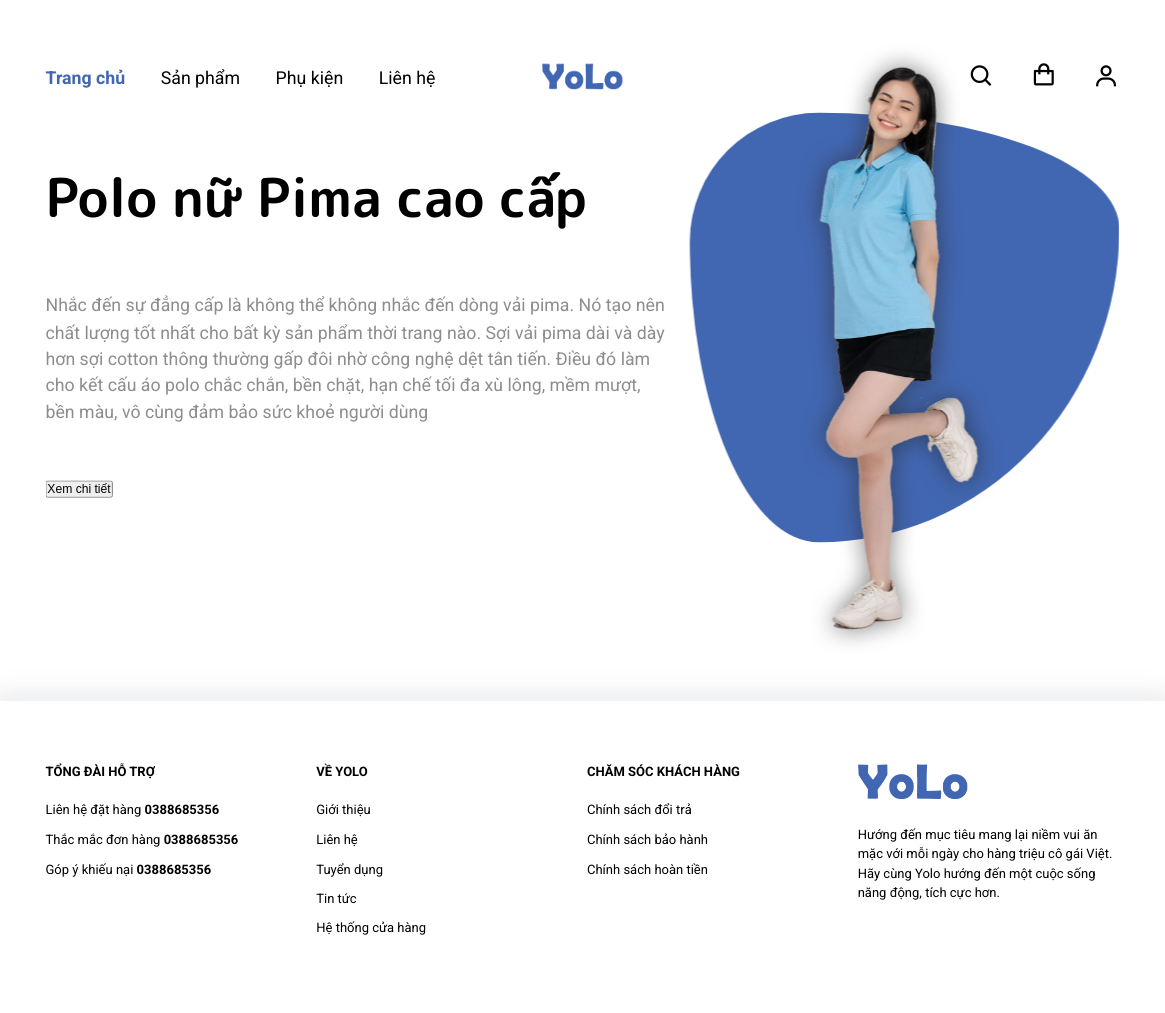
Repository: NguyenThanhBinh1210/Binh-React
Page: / (app in yoloshop/)
These files come from the project's save history. The page is drawn as it stood at one moment and after the next save; the edit follows.
The browser window is 1280 px wide. The pictures show the whole page, at 91% of full size.
The project was rebuilt for these pictures with package versions that can differ from the ones it lists, and the page was loaded fresh each time. A package was used in the major version that the imports need, not the one package.json lists. Also part of the build but not shown: yoloshop/src/pages/Product.jsx, yoloshop/src/pages/Catalog.jsx, yoloshop/src/pages/Cart.jsx, yoloshop/src/pages/Accessory.jsx, yoloshop/src/pages/Contact.jsx.

Above is the page before, as saved 2021-11-25 12:21:47.

### yoloshop/src/index.js
import React from 'react'
import ReactDOM from 'react-dom'
import Layout from './components/Layout'
import reportWebVitals from './reportWebVitals'
import './assets/boxicons-2.0.7/css/boxicons.min.css'
import './sass/index.scss'

ReactDOM.render(
	<React.StrictMode>
		<Layout />
	</React.StrictMode>,
	document.getElementById('root')
)

// If you want to start measuring performance in your app, pass a function
// to log results (for example: reportWebVitals(console.log))
// or send to an analytics endpoint. Learn more: https://bit.ly/CRA-vitals
reportWebVitals()

### yoloshop/src/components/Layout.jsx
import React from 'react'
import { BrowserRouter, Route } from 'react-router-dom'
import Header from './Header'
import Footer from './Footer'
import Routess from '../routes/Routess'

export default function Layout() {
	return (
		<BrowserRouter>
			<Route
				render={props => (
					<div>
						<Header {...props} />
						<div className="container">
							<div className="main">
								<Routess />
							</div>
						</div>
						<Footer />
					</div>
				)}
			/>
		</BrowserRouter>
	)
}

### yoloshop/src/sass/index.scss
@import './variables';
@import './mixins';
@import './base.scss';

@import './components/header';
@import './components/footer';
@import './components/hero-slider';

### yoloshop/src/components/Header.jsx
import React, { useEffect, useRef } from 'react'
import logo from '../assets/images/Logo-2.png'
import { Link, useLocation } from 'react-router-dom'

const mainNav = [
	{
		display: 'Trang chủ',
		path: '/'
	},
	{
		display: 'Sản phẩm',
		path: '/catalog'
	},
	{
		display: 'Phụ kiện',
		path: '/accessories'
	},
	{
		display: 'Liên hệ',
		path: '/contact'
	}
]
export default function Header() {
	const { pathname } = useLocation()
	const activeNav = mainNav.findIndex(e => e.path === pathname)
	const headerRef = React.useRef(null)

	useEffect(() => {
		window.addEventListener('scroll', () => {
			if (
				document.body.scrollTop > 80 ||
				document.documentElement.scrollTop > 80
			) {
				headerRef.current.classList.add('shrink')
			} else {
				headerRef.current.classList.remove('shrink')
			}
		})
		return () => {
			window.removeEventListener('scroll')
		}
	}, [])

	const menuLeft = useRef(null)

	const menuToggle = () => menuLeft.current.classList.toggle('active')

	return (
		<div className="header" ref={headerRef}>
			<div className="container">
				<div className="header__logo">
					<Link to="/">
						<img src={logo} alt="logo" />
					</Link>
				</div>
				<div className="header__menu">
					<div className="header__menu__mobile-toggle" onClick={menuToggle}>
						<i class="bx bx-menu-alt-left"></i>
					</div>
					<div className="header__menu__left" ref={menuLeft}>
						<div className="header__menu__left__close" onClick={menuToggle}>
							<i class="bx bx-chevron-left"></i>
						</div>
						{mainNav.map((item, index) => (
							<div
								key={index}
								className={`header__menu__item  header__menu__left__item ${
									index === activeNav ? 'active' : ''
								}`}
								onClick={menuToggle}
							>
								<Link to={item.path}>
									<span>{item.display}</span>
								</Link>
							</div>
						))}
					</div>
					<div className="header__menu__right">
						<div className="header__menu__item header__menu__right__item">
							<i class="bx bx-search"></i>
						</div>
						<div className="header__menu__item header__menu__right__item">
							<Link to="/cart">
								<i class="bx bx-shopping-bag"></i>
							</Link>
						</div>
						<div className="header__menu__item header__menu__right__item">
							<i class="bx bx-user"></i>
						</div>
					</div>
				</div>
			</div>
		</div>
	)
}

### yoloshop/src/components/Footer.jsx
import React from 'react'
import { Link } from 'react-router-dom'
import Grid from './Grid'
import logo from '../assets/images/Logo-2.png'

const footerAboutLinks = [
	{
		display: 'Giới thiệu',
		path: '/about'
	},
	{
		display: 'Liên hệ',
		path: '/contact'
	},
	{
		display: 'Tuyển dụng',
		path: '/about'
	},
	{
		display: 'Tin tức',
		path: '/about'
	},
	{
		display: 'Hệ thống cửa hàng',
		path: '/about'
	}
]

const footerCustomLinks = [
	{
		display: 'Chính sách đổi trả',
		path: '/about'
	},

	{
		display: 'Chính sách bảo hành',
		path: '/about'
	},

	{
		display: 'Chính sách hoàn tiền',
		path: '/about'
	}
]

export default function Footer() {
	return (
		<footer className="footer">
			<div className="container">
				<Grid col={4} mdCol={2} smCol={1} gap={10}>
					<div>
						<div className="footer__title">Tổng đài hỗ trợ</div>
						<div className="footer__content">
							<p>
								Liên hệ đặt hàng <strong> 0388685356</strong>
							</p>
							<p>
								Thắc mắc đơn hàng <strong> 0388685356</strong>
							</p>
							<p>
								Góp ý khiếu nại <strong> 0388685356</strong>
							</p>
						</div>
					</div>
					<div>
						<div className="footer__title">Về Yolo</div>
						<div className="footer__content">
							{footerAboutLinks.map((item, i) => (
								<p key={i} className="">
									<Link to={item.path}>{item.display}</Link>
								</p>
							))}
						</div>
					</div>
					<div>
						<div className="footer__title">Chăm sóc khách hàng</div>
						<div className="footer__content">
							{footerCustomLinks.map((item, i) => (
								<p key={i} className="">
									<Link to={item.path}>{item.display}</Link>
								</p>
							))}
						</div>
					</div>
					<div className="footer__about">
						<p>
							<Link to="/">
								<img src={logo} className="footer__logo" alt="logo" />
							</Link>
						</p>
						<p>
							Hướng đến mục tiêu mang lại niềm vui ăn mặc với mỗi ngày cho hàng
							triệu cô gái Việt. Hãy cùng Yolo hướng đến một cuộc sống năng
							động, tích cực hơn.
						</p>
					</div>
				</Grid>
			</div>
		</footer>
	)
}

### yoloshop/src/routes/Routess.jsx
import React from 'react'
import { Switch, Route } from 'react-router-dom'
import Home from '../pages/Home'
import Product from '../pages/Product'
import Catalog from '../pages/Catalog'
import Cart from '../pages/Cart'
import Accessory from '../pages/Accessory'
import Contact from '../pages/Contact'

const Routess = () => {
	return (
		<Switch>
			<Route path="/" exact component={Home}></Route>
			<Route path="/catalog/:slug" component={Product}></Route>
			<Route path="/catalog" component={Catalog}></Route>
			<Route path="/cart" component={Cart}></Route>
			<Route path="/accessories" component={Accessory}></Route>
			<Route path="/contact" component={Contact}></Route>
		</Switch>
	)
}

export default Routess

### yoloshop/src/sass/_variables.scss
$main-bg: #fff;
$main-color: #4267b2;

$txt-main-color: #000000;
$txt-second-color: #8d8d8d;
$txt-white: #fff;

$btn-main-bg: $main-color;
$btn-main-color: #fff;

$header-height: 170px;
$header-tablet-height: 70px;
$header-mobile-height: 40px;
$header-shrink-height: 70px;

$box-shadow: rgba(149, 157, 165, 0.2) 0px 0px 24px 8px;

$colors: (
	'blue': #4267b2,
	'orange': #fbb96b,
	'pink': #fe7e73,
	'white': #fff,
	'black': #000,
	'main': $main-color
);

$mobile-width: 600px;
$tablet-width: 1024px;

$numbers: (0, 1, 2, 3, 4, 5, 6, 7, 8);

### yoloshop/src/sass/_mixins.scss
@mixin flex($align-item, $justify-content) {
	display: flex;
	align-items: $align-item;
	justify-content: $justify-content;
}

@mixin mobile {
	@media only screen and (max-width: $mobile-width) {
		@content;
	}
}
@mixin tablet {
	@media only screen and (max-width: $tablet-width) {
		@content;
	}
}

### yoloshop/src/sass/_base.scss
@import url('https://fonts.googleapis.com/css2?family=Roboto:ital,wght@0,100;0,300;0,400;0,500;0,700;0,900;1,100;1,300;1,400;1,500;1,700;1,900&display=swap');

@import url('https://fonts.googleapis.com/css2?family=M+PLUS+Rounded+1c:wght@100;300;400;500;700;800;900&display=swap');

* {
	padding: 0;
	margin: 0;
	box-sizing: border-box;
	-webkit-tap-highlight-color: transparent;
	user-select: none;
}

html {
	font-size: 13px;
}

body {
	font-family: 'Roboto', sans-serif;
}

ul {
	list-style-type: none;
}

a {
	text-decoration: none;
	color: unset;
}

@each $color, $val in $colors {
	.color-#{$color} {
		color: $val;
	}

	.bg-#{$color} {
		background-color: $val;
	}
}

@each $val in $numbers {
	.grid-col-#{$val} {
		grid-template-columns: repeat($val, 1fr);
	}
}

@each $val in $numbers {
	.grid-col-md-#{$val} {
		@include tablet {
			grid-template-columns: repeat($val, 1fr);
		}
	}
}

@each $val in $numbers {
	.grid-col-sm-#{$val} {
		@include mobile {
			grid-template-columns: repeat($val, 1fr);
		}
	}
}

.container {
	width: 100%;
	max-width: 1620px;
	padding: 0 50px;
	margin: auto;

	@include tablet {
		padding: 0 20px;
	}

	@include mobile {
		padding: 0 10px;
	}
}

.main {
	margin-top: $header-height;
	margin-bottom: 2rem;
	min-height: 100vh;

	@include tablet {
		margin-top: calc(#{$header-tablet-height} + 20px);
	}
	@include mobile {
		margin-top: calc(#{$header-mobile-height} + 10px);
	}
}

.grid {
	display: grid;
}

### yoloshop/src/sass/components/_header.scss
.header {
	background-color: $main-bg;
	position: fixed;
	top: 0;
	left: 0;
	width: 100%;
	z-index: 99;
	height: $header-height;
	transition: height 0.3s ease;

	@include tablet {
		height: $header-tablet-height;
		box-shadow: $box-shadow;
	}
	@include mobile {
		height: $header-mobile-height;
	}

	.container {
		height: 100%;
	}

	&.shrink {
		height: $header-shrink-height;
		box-shadow: $box-shadow;
		z-index: 10001;
	}

	&__logo {
		@include flex(center, center);
		position: absolute;
		inset: 0;
		pointer-events: none;

		img {
			height: 28px;
		}
	}

	&__menu {
		@include flex(center, space-between);
		height: 100%;
		font-size: 1.5rem;

		&__item ~ &__item {
			margin-left: 39px;
			@include tablet {
				margin-left: 20px;
			}
			@include mobile {
				margin-left: 10px;
			}
		}
		&__item.active {
			font-weight: 600;
			color: $main-color;
		}
		&__item:hover {
			color: $main-color;
		}
		&__left,
		&__right {
			@include flex(center, center);
			height: 100%;
		}

		&__right {
			font-size: 2.25rem;
			&__item {
				@include flex(center, center);
			}
			@include mobile {
				font-size: 1.5rem;
			}
		}

		&__left {
			&__close {
				display: none;
			}

			@include tablet {
				flex-direction: column;
				background-color: $main-bg;
				position: absolute;
				left: 0;
				top: 0;
				width: 100%;
				height: 100vh;
				justify-content: flex-start;
				padding-top: 30px;
				transform: translateX(-100%);
				transition: transform 0.5s ease;

				&.active {
					transform: translateX(0);
				}

				&__item ~ &__item {
					margin-left: unset;
					margin-top: 20px;
				}
				&__close {
					display: block;
					position: absolute;
					left: 20px;
					font-size: 2.5rem;
				}
			}
		}
		&__mobile-toggle {
			display: none;

			@include tablet {
				display: block;
				font-size: 2.5rem;
			}
		}
	}
}

### yoloshop/src/sass/components/_footer.scss
.footer {
	padding: 70px 0;
	box-shadow: $box-shadow;
	font-size: 1.1rem;
	a:hover {
		color: $main-color;
	}
	&__logo {
		height: 38px;
	}
	&__about {
		p {
			margin-bottom: 2rem;
		}
		p:not(:first-child) {
			line-height: 1.5;
		}
	}
	&__title {
		text-transform: uppercase;
		margin-bottom: 2rem;
		font-weight: 600;
	}
	&__content {
		p {
			margin-bottom: 1.25rem;
		}
	}
}

### yoloshop/src/sass/components/_hero-slider.scss
.hero-slider {
	height: 100vh;
	max-height: 1080px;
	overflow: hidden;
	position: relative;
	margin-bottom: 50px;
	margin-top: calc(#{$header-height} * -1);
	@include tablet {
		margin-top: calc(#{$header-tablet-height} * -1);
	}
	@include mobile {
		margin-top: calc(#{$header-mobile-height} * -1);
	}
	&__item {
		@include flex(center, space-between);
		opacity: 0;
		visibility: hidden;
		pointer-events: none;
		position: absolute;
		inset: 0;
		&.active {
			opacity: 1;
			visibility: visible;
			pointer-events: visible;
		}
		&__info {
			width: 58.33%;
			&__title,
			&__description {
				margin-bottom: 60px;

				@include tablet {
					margin-bottom: 15px;
				}
			}
			&__title {
				font-family: 'M Plus Rounded 1c', sans-serif;
				font-weight: 600;
				font-size: 4.5rem;
				line-height: 6.75rem;
				overflow: hidden;
			}
			&__description {
				color: $txt-second-color;
				font-size: 1.5rem;
				line-height: 2.25rem;
				overflow: hidden;
			}
			&__btn {
				overflow: hidden;
			}
		}
		&__image {
			flex-grow: 1;
			position: relative;
			height: 100%;
			z-index: 1000;
			pointer-events: none;
			img {
				height: 100vh;
				position: absolute;
				bottom: 0;
				right: 0;
			}
			.shape {
				$size: 472px;
				height: $size;
				width: $size;
				position: absolute;
				right: 0;
				top: 50%;
				border-radius: 30% 70% 70% 30% / 30% 27% 73% 70%;
				transform: translate(0, -50%);
				transition: border-radius 13s ease;
			}
		}
	}
}

### yoloshop/src/components/Grid.jsx
import React from 'react'
import PropTypes from 'prop-types'

const Grid = props => {
	const style = {
		gap: props.gap ? `${props.gap}px` : '0'
	}
	const col = props.col ? `grid-col-${props.col}` : '0'
	const mdCol = props.mdCol ? `grid-col-${props.mdCol}` : '0'
	const smCol = props.smCol ? `grid-col-${props.smCol}` : '0'
	return (
		<div className={`grid ${col} ${mdCol} ${smCol}`} style={style}>
			{props.children}
		</div>
	)
}

Grid.propTypes = {
	col: PropTypes.number.isRequired,
	mdCol: PropTypes.number,
	smCol: PropTypes.number,
	gap: PropTypes.number
}

export default Grid

### yoloshop/src/pages/Home.jsx
import React from 'react'
import heroSliderData from '../assets/fake-data/hero-slider'
import Helmet from '../components/Helmet'
import HeroSlider from '../components/HeroSlider'

const Home = () => {
	return (
		<Helmet title="Trang chủ">
			{/* Hero slider */}
			<HeroSlider data={heroSliderData} />
		</Helmet>
	)
}

export default Home

### yoloshop/src/assets/fake-data/hero-slider.js
const img1 = require('../images/slider/slide_1.png').default
const img2 = require('../images/slider/slide_2.png').default
const img3 = require('../images/slider/slide_3.png').default

const heroSliderData = [
	{
		title: 'Polo nữ Pima cao cấp',
		description:
			'Nhắc đến sự đẳng cấp là không thể không nhắc đến dòng vải pima. Nó tạo nên chất lượng tốt nhất cho bất kỳ sản phẩm thời trang nào. Sợi vải pima dài và dày hơn sợi cotton thông thường gấp đôi nhờ công nghệ dệt tân tiến. Điều đó làm cho kết cấu áo polo chắc chắn, bền chặt, hạn chế tối đa xù lông, mềm mượt, bền màu, vô cùng đảm bảo sức khoẻ người dùng',
		img: img1,
		color: 'blue',
		path: '/catalog/ao-thun-dinosaur-01'
	},
	{
		title: 'Polo Nữ Dáng Suông Modal',
		description:
			'Polo nữ dáng suông Modal sử dụng công nghệ vải cao cấp thân thiện với môi trường sản xuất độc quyền chống co rút vải, áo polo nữ vải modal là sản phẩm thích hợp cho các bạn có môi trường làm việc năng động như hiện nay',
		img: img2,
		path: '/catalog/ao-thun-dinosaur-02',
		color: 'pink'
	},
	{
		title: 'Polo Nữ Coolmax Lacoste',
		description:
			'Mẫu áo polo nữ được làm bằng chất liệu coolmax đem lại cảm giác mát lạnh khi mặc. Thiết kế mẫu áo polo coolmax này có kiểu dáng cực kỳ thoải mái. Tạo sự gọn gàng hứa hẹn sẽ là mẫu áo polo vô cùng hot trong thời điểm sắp tới',
		img: img3,
		path: '/catalog/ao-thun-dinosaur-03',
		color: 'orange'
	}
]

export default heroSliderData

### yoloshop/src/components/Helmet.jsx
import React from 'react'
import PropTypes from 'prop-types'

const Helmet = props => {
	document.title = 'Yolo - ' + props.title

	return <div>{props.children}</div>
}

Helmet.propTypes = {
	title: PropTypes.string.isRequired
}

export default Helmet

### yoloshop/src/components/HeroSlider.jsx
import React from 'react'
import PropTypes from 'prop-types'
import { Link } from 'react-router-dom'

const HeroSlider = props => {
	const data = props.data
	const activeSlider = 0
	return (
		<div className="hero-slider">
			{data.map((item, index) => (
				<HeroSliderItem
					key={index}
					item={item}
					active={index === activeSlider}
				/>
			))}
		</div>
	)
}

HeroSlider.propTypes = {
	data: PropTypes.array.isRequired
}

const HeroSliderItem = props => (
	<div className={`hero-slider__item ${props.active ? 'active' : ''}`}>
		<div className="hero-slider__item__info">
			<div className="hero-slider__item__info__title">
				<span> {props.item.title}</span>
			</div>
			<div className="hero-slider__item__info__description">
				<span> {props.item.description}</span>
			</div>
			<div className="hero-slider__item__info__btn">
				<Link to={props.item.path}>
					<button>Xem chi tiết</button>
				</Link>
			</div>
		</div>
		<div className="hero-slider__item__image">
			<div className={`shape bg-${props.item.color}`}></div>
			<img src={props.item.img} alt={props.item.title} />
		</div>
	</div>
)

export default HeroSlider

Loaded but not shown: yoloshop/public/index.html (common file); yoloshop/src/reportWebVitals.js (common file); yoloshop/src/assets/boxicons-2.0.7/css/boxicons.min.css (library)

After the next save:
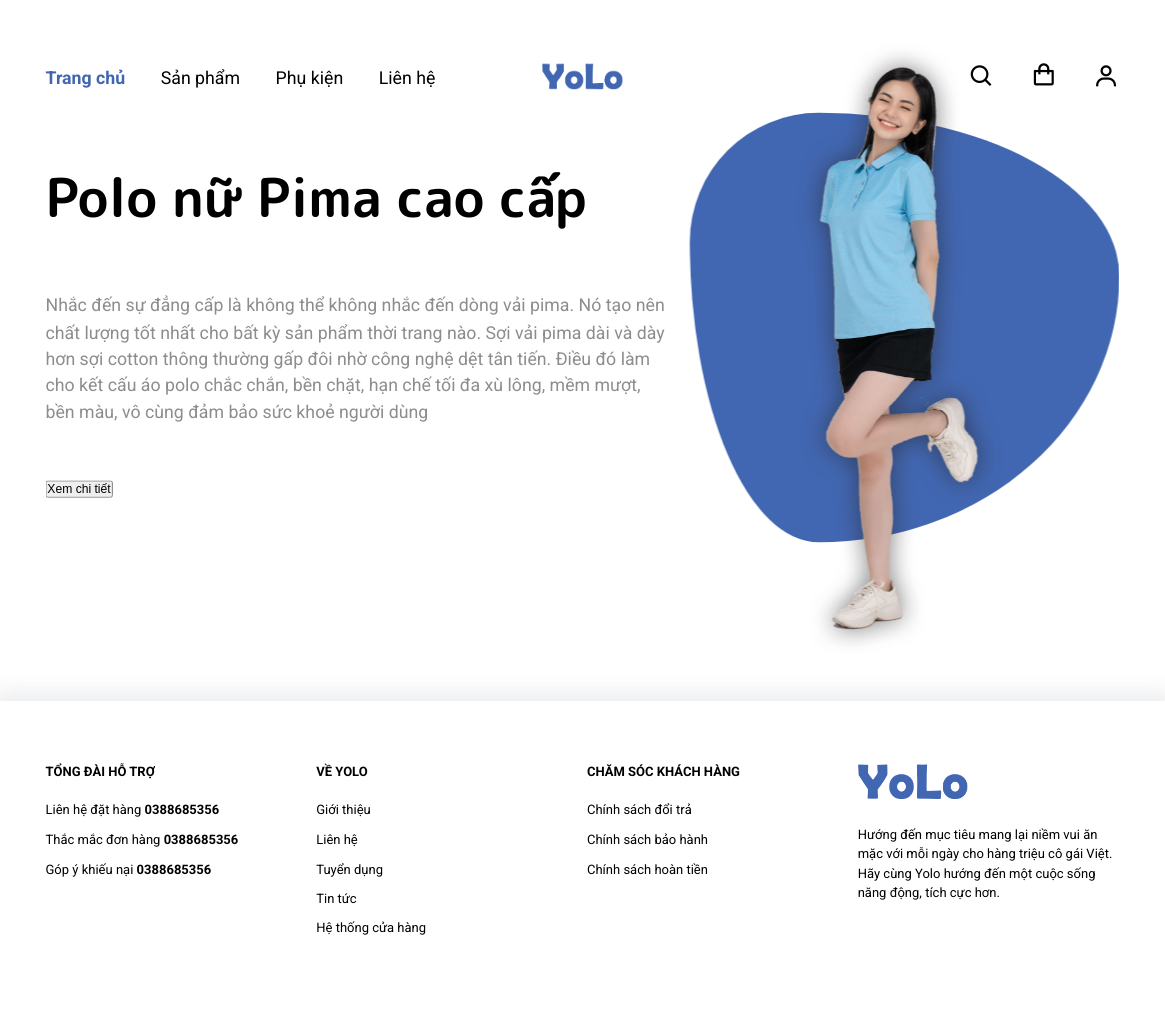
Saved 56 s later.
--- a/yoloshop/src/sass/components/_hero-slider.scss
+++ b/yoloshop/src/sass/components/_hero-slider.scss
@@ -69,7 +69,7 @@
 				position: absolute;
 				right: 0;
 				top: 50%;
-				border-radius: 30% 70% 70% 30% / 30% 27% 73% 70%;
+				border-radius: 30% 70% 70% 30% / 30% 38% 62% 70%;
 				transform: translate(0, -50%);
 				transition: border-radius 13s ease;
 			}
